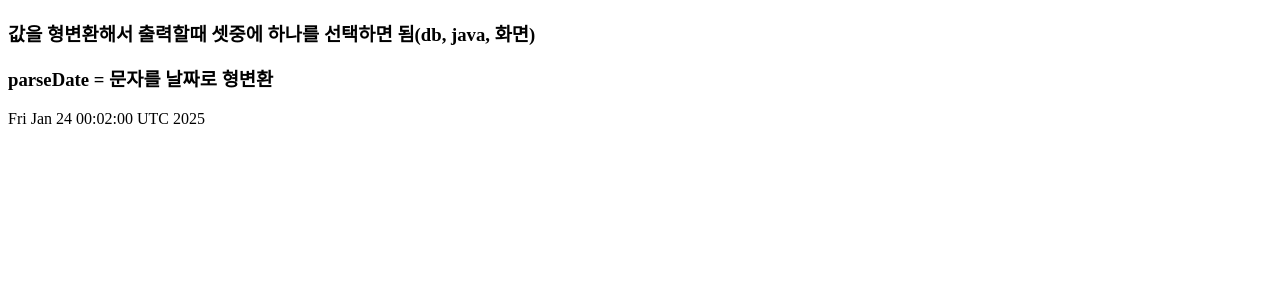
Repository: Muji1412/JSPstudy
Page: http://localhost/JSPbasic/jstl/jstl_fmt.jsp
The author's editor kept a copy of each file at every save. The page is drawn from the files as they stood at one save, then again after the next save.
The browser window is 1280 px wide. The pictures show the whole page.
The page is served by Tomcat 9. Nobody is signed in. The application's start-up code is not run. Other server files are loaded and not shown.

Above is the page before, as saved 2025-02-24 03:48:53.

### workspace/JSPbasic/src/main/webapp/jstl/jstl_fmt.jsp
<%@ page language="java" contentType="text/html; charset=UTF-8"
    pageEncoding="UTF-8"%>
<%@ taglib  uri="http://java.sun.com/jsp/jstl/fmt" prefix="fmt" %>
<!DOCTYPE html>
<html>
<head>
<meta charset="UTF-8">
<title>Insert title here</title>
</head>
<body>
	<h3>값을 형변환해서 출력할때 셋중에 하나를 선택하면 됨(db, java, 화면)</h3>

	<h3>parseDate = 문자를 날짜로 형변환</h3>

	<fmt:parseDate var = "a" value = "2025/02/24" pattern = "yyyy/mm/dd"></fmt:parseDate>
	${a }

</body>
</html>

After the next save:
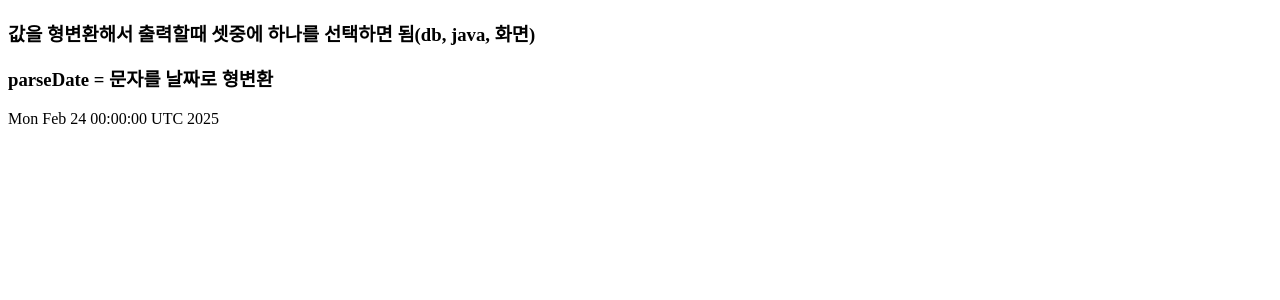
Saved 75 min 49 s later.
--- a/workspace/JSPbasic/src/main/webapp/jstl/jstl_fmt.jsp
+++ b/workspace/JSPbasic/src/main/webapp/jstl/jstl_fmt.jsp
@@ -12,7 +12,8 @@
 
 	<h3>parseDate = 문자를 날짜로 형변환</h3>
 
-	<fmt:parseDate var = "a" value = "2025/02/24" pattern = "yyyy/mm/dd"></fmt:parseDate>
+	<!-- var 없이 parseDate 해주면 바로 값 출력, 변수 지정해주면 a 찍어줘야 출력함 -->
+	<fmt:parseDate var = "a" value = "2025/02/24" pattern = "yyyy/MM/dd"></fmt:parseDate>
 	${a }
 
 </body>
